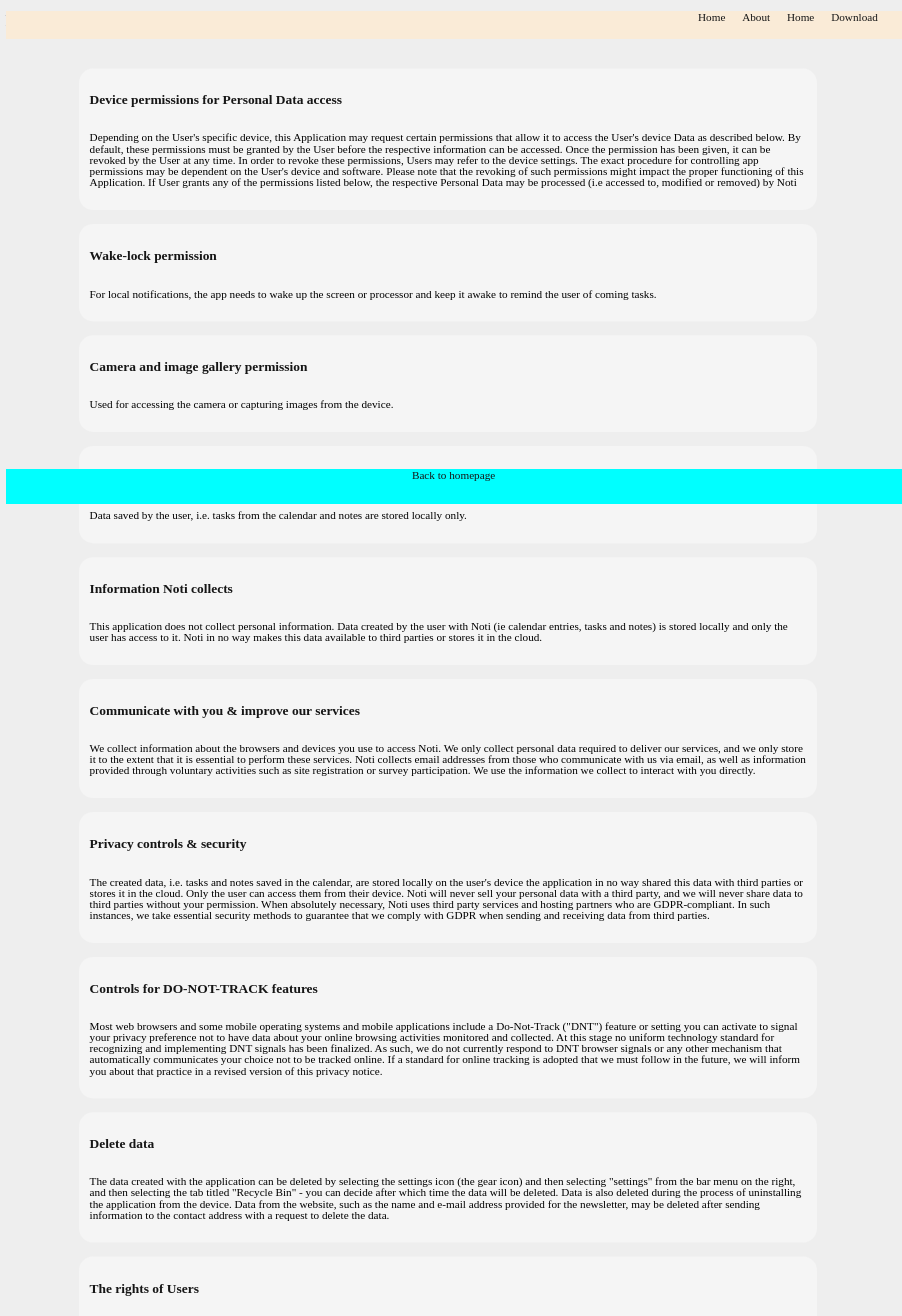
Repository: RafalSiuta/notiweb
Page: policy.html
These files come from the project's save history. The page is drawn as it stood at one moment and after the next save; the edit follows.
The browser window is 1280 px wide. The page is 1288 px wide, so the pictures cover 1288 px, including what lies to the right of the window. The pictures show the part of the page from y = 0 to 1880 px (the page is 2907 px tall before and 3331 px after), at 70% of full size.

Above is the page before, as saved 2024-12-15 02:07:28.

### policy.html
<!DOCTYPE html>
<!--[if lt IE 7]>      <html class="no-js lt-ie9 lt-ie8 lt-ie7"> <![endif]-->
<!--[if IE 7]>         <html class="no-js lt-ie9 lt-ie8"> <![endif]-->
<!--[if IE 8]>         <html class="no-js lt-ie9"> <![endif]-->
<!--[if gt IE 8]>      <html class="no-js"> <!--<![endif]-->
<html>
    <head>
        <meta charset="utf-8">
        <meta http-equiv="X-UA-Compatible" content="IE=edge">
        <title>Noti privacy policy</title>
        <meta name="Noti mobile app privacy policy" content="">
        <meta name="viewport" content="width=device-width, initial-scale=1">
        <link rel="stylesheet" href="/styles/styles.css">
    </head>
    <body>
        <nav>
            <ul>
                <li><a href="index.html">Home</a></li>
                <li><a href="index.html">About</a></li>
                <li><a href="index.html">Home</a></li>
                <li><a href="index.html">Download</a></li>
            </ul>
        </nav>
        <header>
            <h1>Privacy policy</h1>
        </header>
        <div class="main">
            <div class="item">
                <h3>Device permissions for Personal Data access</h3>
                <p>Depending on the User's specific device, this Application may request certain permissions that allow it to access the
                    User's device Data as described below.
                    By default, these permissions must be granted by the User before the respective information can be accessed. Once
                    the
                    permission has been given, it can be revoked by the User at any time. In order to revoke these permissions, Users
                    may
                    refer to the device settings.
                    The exact procedure for controlling app permissions may be dependent on the User's device and software.
                    Please note that the revoking of such permissions might impact the proper functioning of this Application.
                    If User grants any of the permissions listed below, the respective Personal Data may be processed (i.e accessed to,
                    modified or removed) by Noti</p>
            </div>
            <div class="item">
                <h3>Wake-lock permission</h3>
                <p>For local notifications, the app needs to wake up the screen or processor and keep it awake to remind the user of coming
                tasks.</p>
            </div>
            <div class="item">
                <h3>Camera and image gallery permission</h3>
                <p>Used for accessing the camera or capturing images from the device.</p>
            </div>
            <div class="item">
                <h3>Read and write external storage permission</h3>
                <p>Data saved by the user, i.e. tasks from the calendar and notes are stored locally only.</p>
            </div>
            <div class="item">
                <h3>Information Noti collects</h3>
                <p>This application does not collect personal information. Data created by the user with Noti (ie calendar entries,
                tasks
                and notes) is stored locally and only the user has access to it. Noti in no way makes this data available to third
                parties or stores it in the cloud.</p>
            </div>
            <div class="item">
                <h3>Communicate with you & improve our services</h3>
                <p>We collect information about the browsers and devices you use to access Noti.
                We only collect personal data required to deliver our services, and we only store it to the extent that it is
                essential
                to perform these services.
                Noti collects email addresses from those who communicate with us via email, as well as information provided through
                voluntary activities such as site registration or survey participation. We use the information we collect to
                interact
                with you directly.</p>
            </div>
            <div class="item">
                <h3>Privacy controls & security</h3>
                <p>The created data, i.e. tasks and notes saved in the calendar, are stored locally on the user's device
                the application in no way
                shared this data with third parties or stores it in the cloud. Only the user can access them from their device.
                Noti will never sell your personal data with a third party, and we will never share data to third parties without
                your permission. When absolutely necessary, Noti uses third party services and hosting partners who are
                GDPR-compliant. In such instances, we take essential security methods to guarantee that we comply with GDPR when sending
                and receiving data from third parties.</p>
            </div>
            <div class="item">
                <h3>Controls for DO-NOT-TRACK features</h3>
                <p>Most web browsers and some mobile operating systems and mobile applications include a Do-Not-Track ("DNT") feature or
                setting you can activate to signal your privacy preference not to have data about your online browsing activities
                monitored and collected. At this stage no uniform technology standard for recognizing and implementing DNT signals has
                been finalized. As such, we do not currently respond to DNT browser signals or any other mechanism that automatically
                communicates your choice not to be tracked online. If a standard for online tracking is adopted that we must follow in
                the future, we will inform you about that practice in a revised version of this privacy notice.</p>
            </div>
            <div class="item">
                <h3>Delete data</h3>
                <p>The data created with the application can be deleted by selecting the settings icon (the gear icon) and then selecting
                "settings" from the bar menu on the right, and then selecting the tab titled "Recycle Bin" - you can decide after which
                time the data will be deleted. Data is also deleted during the process of uninstalling the application from the device.
                Data from the website, such as the name and e-mail address provided for the newsletter, may be deleted after sending
                information to the contact address with a request to delete the data.</p>
            </div>
            <div class="item">
                <h3>The rights of Users</h3>
                <p>In brief: In some regions, such as the European Economic Area (EEA) and the United Kingdom (United Kingdom), you have
                rights that give you greater access to and control over your personal information. You can review, change or close your
                account at any time. In some regions (such as the EEA and UK) you have certain rights under applicable data protection
                laws. They may include the right - to request access and obtain a copy of your personal data, to request rectification
                or deletion, to limit the processing of your personal data and, where applicable, to transfer data. In certain
                circumstances, you may also have the right to object to the processing of your personal data. To make such a request,
                please use the contact details provided below. We will consider and take action upon request in accordance with
                applicable data protection laws. If we are relying on your consent to process your personal data, you have the right to
                withdraw your consent at any time. Remember, however, that this will not affect the lawfulness of processing prior to
                its withdrawal or the processing of your personal data based on lawful grounds for processing other than consent. If you
                are an EEA or UK resident and you believe that we are processing your personal data unlawfully, you also have the right
                to lodge a complaint with your local data protection supervisory authority <br>
                Their contact details can be found here:
                <a href="https://ec.europa.eu/newsroom/article29/items/612080">National Data Protection Authorities</a><br>
                If you are a resident in Switzerland, the contact details for the data protection authorities are available here: <a
                    href="https://www.edoeb.admin.ch/edoeb/en/home.html.">Ein Fehler ist aufgetreten</p>
            </div>
            <div class="item">
                <h3>Do California residents have specific privacy rights?</h3>
                <p>In brief: Yes, if you live in California you have certain rights to access your personal information. Section 1798.83 of
                the California Civil Code, also known as the "Shine The Light" Act, allows our California users to request and obtain
                from us once a year and free of charge information on the categories of personal information (if any) disclosed to third
                parties for direct marketing purposes as well as the names and addresses of all third parties with whom we shared
                personal data in the immediately preceding calendar year. If you are a California resident and wish to make such a
                request, please send us your request to the email address provided below. If you are under the age of 18, live in
                California and have a registered account, you have the right to request the deletion of unwanted data. To request
                deletion of such data, please contact us using the contact details provided below, providing the email address
                associated with your account and a statement that you live in California. We will make sure that the data is not
                publicly displayed in the Application, however, it should be remembered that this data may not be completely or
                comprehensively removed from all our systems (e.g. backups, etc.).</p>
            </div>
            <div class="item">
                <h3>Cookies</h3>
                <p>Cookies are required on Noti Website. We use them to collect visitors' preferences and thus to better optimize the
                user experience. Users can disable cookies in their browser settings. But please note that our services rely on cookies
                to function properly, and you may not be able to access certain features on our Website after disabling them.</p>
            </div>
            <div class="item">
                <h3>Changes to This Policy</h3>
                <p>If our Privacy Policy is changed in the future, we will not limit your rights under this Privacy Policy without your
                express consent. We always indicate the publication date of the latest changes. If the changes are significant, we will
                send you a more prominent notice (including, for certain services, an email notification of changes to the Privacy
                Policy).
                Please check back periodically to stay informed of any updates or changes to this Privacy Policy. By continuing to
                access and use Noti, you agree to be bound by the revised policy.
                </p>
            </div>
            <div class="item">
                <h3>Contact Us</h3>
                <p>If you have any questions about this Policy, please email us at <b>r85unit@gmail.com</b> with topic: "Privacy Questions”
                in the title line.
                </p>
            </div>
        </div>

        <footer>
            <a class="policy-link" href="index.html">Back to homepage</a>
        </footer>
        <script src="" async defer></script>
    </body>
</html>

### styles/styles.css
@font-face {
    font-family: "Exo-medium";
    src:url("fonts/Exo2-Medium.ttf") format("ttf");
    font-family: "Exo-black";
    src: url("fonts/Exo2-Black.ttf") format("ttf");

}
body {
    background-color: #EEEEEE;

}

nav ul{
    width: 95vw;
    height: 40px;
    top: 0;
    padding-right:50px;
    background-color: antiquewhite;
    position: fixed;
    text-align: right;
}

li{
    display: inline;
    margin: 10px;
}
a {
    color: #161616;
    font-size: 1em;
    text-decoration: none;
    font-family: "Exo-medium";
    z-index: 2;
}
.main{
    display: flex;
    flex-direction: column;
    align-items: center;
    padding: 70px auto;
}

h1, h3{
    font-family: "Exo-black";
    font-size: 1.2em;
    color: #161616;
}

h1{
    font-size: 1.5em;
}

section{
    width: 100vw;
    height: 100vh;
    display: flex;
    justify-content: center;
    align-items: center;
}
footer{
    bottom: 0;
    height: 50px;
    width: 100vw;
    background-color: aqua;
    position: fixed;
    text-align: center;
    z-index: 2;
}
.policy-link{
    font-family: "Exo-medium";
    font-size: 1em;
    color: #161616;
    padding: 5px;
}
.item {
    display: flex;
    flex-direction: column;
    width: 80vw;
    text-align: left;
    margin: 10px auto;
    background-color: #f5f5f5;
    padding: 15px;
    border-radius: 20px;
}
p{
    line-height: 1em;
}
header{
    width: 100vw;
    height: 10vh;
    text-align: left;

}

After the next save:
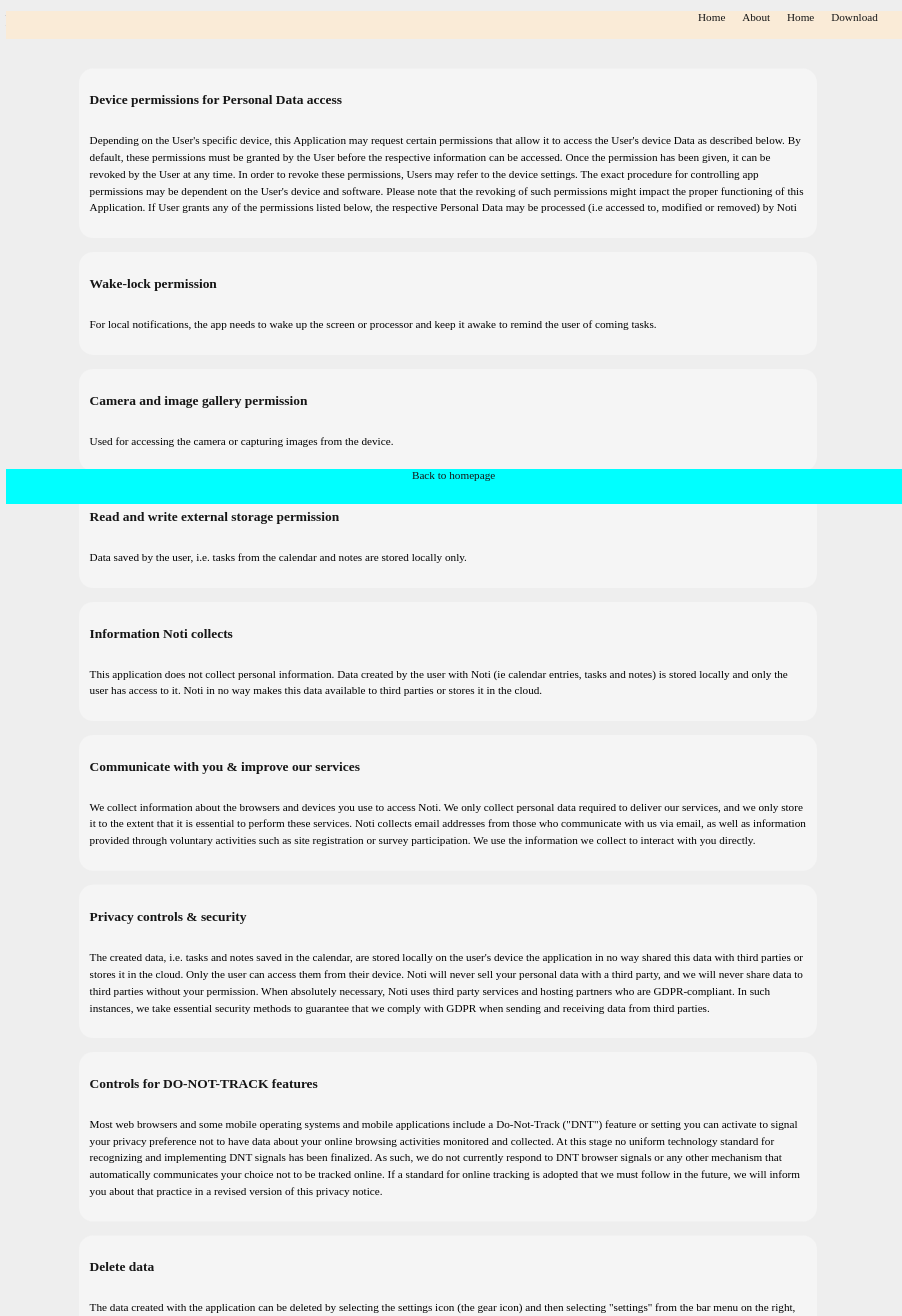
Saved 7 s later.
--- a/styles/styles.css
+++ b/styles/styles.css
@@ -81,7 +81,7 @@
     border-radius: 20px;
 }
 p{
-    line-height: 1em;
+    line-height: 1.5em;
 }
 header{
     width: 100vw;
